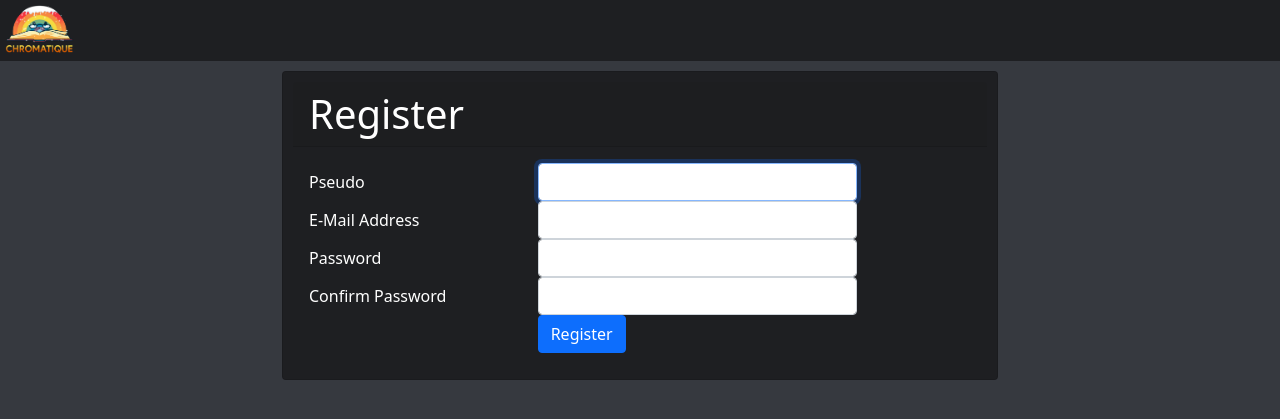
Repository: Codesieg/Chromatique
Page: http://localhost/register
An editor plug-in stored every save of this project. The page is shown before and after the next save, followed by the edit.
The browser window is 1280 px wide. The pictures show the whole page.
Some icons come from a web library that is not loaded, so they are not drawn. The page is served by the project's Laravel application, run on PHP 8.4 with Laravel 8. Other server files are loaded and not shown.

Above is the page before, as saved 2021-07-02 13:42:51.

### chromatique/routes/web.php
<?php


use Illuminate\Support\Facades\Auth;
use Illuminate\Support\Facades\Route;
use App\Http\Controllers\PagesController;
use App\Http\Controllers\TomesController;
use App\Http\Controllers\MangasController;
use App\Http\Controllers\AdminTomesController;
use App\Http\Controllers\AdminMangasController;

/*
|--------------------------------------------------------------------------
| Web Routes
|--------------------------------------------------------------------------
|
| Here is where you can register web routes for your application. These
| routes are loaded by the RouteServiceProvider within a group which
| contains the "web" middleware group. Now create something great!
|
*/
//-------------- Route front ----------------
// Route::get('/', [MangasController::class,'browse'])->name('browse_mangas');

Route::get(
    '/',
    [MangasController::class, 'browse']
)->name('browse_mangas');

Route::get(
    '/tome/{id}',
    [TomesController::class,'browse']
)->name('browse_tomes');

Route::get(
    '/tome/page/{id}',
    [PagesController::class,'read']
)->name('browse_pages');

//-------------- Route back manga ----------------

Route::get(
    '/admin',
    [AdminMangasController::class, 'browse']
)->name('admin_browse_mangas');

Route::get(
    '/admin/add/manga',
    [AdminMangasController::class, 'form']
)->name('admin_form_manga');

Route::post(
    '/admin/add/manga',
    [AdminMangasController::class, 'add']
)->name('admin_add_manga');

Route::delete(
    '/admin/delete/{id}',
    [AdminMangasController::class, 'delete']
)->name('admin_delete_manga');

//-------------- Route back tome ----------------

// On récupère l'id du manga sur cette route et on affiche le formulaire d'ajout d'un tome par rapport à ça franchise
Route::get(
    '/admin/add/tome/{id}',
    [AdminTomesController::class, 'form']
)->name('admin_form_tome');

// On ajoute un tome
Route::post(
    '/admin/add/tome',
    [AdminTomesController::class, 'add']
)->name('admin_add_tome');

// On liste tous les tomes de tous les mangas
Route::get(
    '/admin/tome/',
    [AdminTomesController::class, 'browse']
)->name('admin_browse_tomes');

// On liste tous les tomes d'un manga
Route::get(
    '/admin/tome/{id}',
    [AdminTomesController::class, 'read']
)->name('admin_read_tome');

// Permet de supprimer un tome
Route::delete(
    '/admin/delete/tome/{id}',
    [AdminTomesController::class, 'delete']
)->name('admin_delete_tome');

Auth::routes();

Route::get(
        '/home',
        [HomeController::class, 'index']
)->name('home');

### chromatique/app/Http/Controllers/Auth/ConfirmPasswordController.php
<?php

namespace App\Http\Controllers\Auth;

use App\Http\Controllers\Controller;
use App\Providers\RouteServiceProvider;
use Illuminate\Foundation\Auth\ConfirmsPasswords;

class ConfirmPasswordController extends Controller
{
    /*
    |--------------------------------------------------------------------------
    | Confirm Password Controller
    |--------------------------------------------------------------------------
    |
    | This controller is responsible for handling password confirmations and
    | uses a simple trait to include the behavior. You're free to explore
    | this trait and override any functions that require customization.
    |
    */

    use ConfirmsPasswords;

    /**
     * Where to redirect users when the intended url fails.
     *
     * @var string
     */
    protected $redirectTo = RouteServiceProvider::LOGIN;

    /**
     * Create a new controller instance.
     *
     * @return void
     */
    public function __construct()
    {
        $this->middleware('auth');
    }
}

### chromatique/resources/views/auth/register.blade.php
@extends('layout')

@section('contenu')
<div class="container">
    <div class="row justify-content-center">
        <div class="col-md-8">
            <div class="card">
                <h1 class="card-header white">{{ __('Register') }}</h1>

                <div class="card-body">
                    <form method="POST" action="{{ route('register') }}">
                        @csrf

                        <div class="form-group row">
                            <label for="name" class="col-md-4 col-form-label text-md-right white">{{ __('Pseudo') }}</label>

                            <div class="col-md-6">
                                <input id="name" type="text" class="form-control @error('name') is-invalid @enderror" name="name" value="{{ old('name') }}" required autocomplete="name" autofocus>

                                @error('name')
                                    <span class="invalid-feedback" role="alert">
                                        <strong>{{ $message }}</strong>
                                    </span>
                                @enderror
                            </div>
                        </div>

                        <div class="form-group row">
                            <label for="email" class="col-md-4 col-form-label text-md-right white">{{ __('E-Mail Address') }}</label>

                            <div class="col-md-6">
                                <input id="email" type="email" class="form-control @error('email') is-invalid @enderror" name="email" value="{{ old('email') }}" required autocomplete="email">

                                @error('email')
                                    <span class="invalid-feedback" role="alert">
                                        <strong>{{ $message }}</strong>
                                    </span>
                                @enderror
                            </div>
                        </div>

                        <div class="form-group row">
                            <label for="password" class="col-md-4 col-form-label text-md-right white">{{ __('Password') }}</label>

                            <div class="col-md-6">
                                <input id="password" type="password" class="form-control @error('password') is-invalid @enderror" name="password" required autocomplete="new-password">

                                @error('password')
                                    <span class="invalid-feedback" role="alert">
                                        <strong>{{ $message }}</strong>
                                    </span>
                                @enderror
                            </div>
                        </div>

                        <div class="form-group row">
                            <label for="password-confirm" class="col-md-4 col-form-label text-md-right white">{{ __('Confirm Password') }}</label>

                            <div class="col-md-6">
                                <input id="password-confirm" type="password" class="form-control" name="password_confirmation" required autocomplete="new-password">
                            </div>
                        </div>

                        <div class="form-group row mb-0">
                            <div class="col-md-6 offset-md-4">
                                <button type="submit" class="btn btn-primary">
                                    {{ __('Register') }}
                                </button>
                            </div>
                        </div>
                    </form>
                </div>
            </div>
        </div>
    </div>
</div>
@endsection

### chromatique/resources/views/layout.blade.php
<!DOCTYPE html>
<html lang="fr">

<head>
    <meta charset="UTF-8">
    <meta http-equiv="X-UA-Compatible" content="IE=edge">
    <meta name="viewport" content="width=device-width, initial-scale=1.0">
    <title>Chromatique</title>
    <link rel="stylesheet" href="https://maxst.icons8.com/vue-static/landings/line-awesome/line-awesome/1.3.0/css/line-awesome.min.css">
    <link rel="stylesheet" href="<?= asset('assets/css/reset.css') ?>">
    <link href="https://cdn.jsdelivr.net/npm/bootstrap@5.0.0-beta3/dist/css/bootstrap.min.css" rel="stylesheet" integrity="sha384-eOJMYsd53ii+scO/bJGFsiCZc+5NDVN2yr8+0RDqr0Ql0h+rP48ckxlpbzKgwra6" crossorigin="anonymous">

    <link rel="stylesheet" href="<?= asset('assets/css/style.css') ?>">
</head>

<header>
    <div class="infos-menu">
        <div class="wrapper-menu">
            <img class="logo" src="<?= asset('assets/img/logo.png') ?>" alt="">
            <a href="{{route('browse_mangas')}}"><i class="las la-3x la-home white"></i></a>
            <a href="{{route('admin_browse_mangas')}}"><i class="las la-3x la-user-shield white"></i></a>
            <a href="https://discord.gg/3HH8Usj"><i class="lab la-3x la-discord white"></i></a>
            <a href="#"><i class="lab la-3x la-telegram white"></i></a>
            <a href="#"><i class="las la-3x la-info-circle white"></i></a>
        </div>
    </div>
</header>
<body>
    <!-- wrap -->
    @include('layouts/flash-message')
    <div class="wrapper">

    @yield('contenu')
    </div>


</body>
<script src="https://cdn.jsdelivr.net/npm/bootstrap@5.0.0-beta3/dist/js/bootstrap.bundle.min.js" integrity="sha384-JEW9xMcG8R+pH31jmWH6WWP0WintQrMb4s7ZOdauHnUtxwoG2vI5DkLtS3qm9Ekf" crossorigin="anonymous"></script>
</html>

### chromatique/resources/views/layouts/flash-message.blade.php
@if ($message = Session::get('success'))
<div class="alert alert-success alert-block ">
        <strong>{{ $message }}</strong>
</div>
@endif


@if ($message = Session::get('error'))
<div class="alert alert-danger alert-block ">
        <strong>{{ $message }}</strong>
</div>
@endif


@if ($message = Session::get('warning'))
<div class="alert alert-warning alert-block">
	<strong>{{ $message }}</strong>
</div>
@endif


@if ($message = Session::get('info'))
<div class="alert alert-info alert-block ">
	<strong>{{ $message }}</strong>
</div>
@endif


@if ($errors->any())
<div class="alert alert-danger ">
    Please check the form below for errors
</div>
@endif

### chromatique/public/assets/css/reset.css
/* http://meyerweb.com/eric/tools/css/reset/
   v2.0 | 20110126
   License: none (public domain)
*/

html,
body,
div,
span,
applet,
object,
iframe,
h1,
h2,
h3,
h4,
h5,
h6,
p,
blockquote,
pre,
a,
abbr,
acronym,
address,
big,
cite,
code,
del,
dfn,
em,
img,
ins,
kbd,
q,
s,
samp,
small,
strike,
strong,
sub,
sup,
tt,
var,
b,
u,
i,
center,
dl,
dt,
dd,
ol,
ul,
li,
fieldset,
form,
label,
legend,
table,
caption,
tbody,
tfoot,
thead,
tr,
th,
td,
article,
aside,
canvas,
details,
embed,
figure,
figcaption,
footer,
header,
hgroup,
menu,
nav,
output,
ruby,
section,
summary,
time,
mark,
audio,
video {
    margin: 0;
    padding: 0;
    border: 0;
    font-size: 100%;
    font: inherit;
    vertical-align: baseline;
}

a {
    text-decoration: none;
}


/* HTML5 display-role reset for older browsers */

article,
aside,
details,
figcaption,
figure,
footer,
header,
hgroup,
menu,
nav,
section {
    display: block;
}

body {
    line-height: 1;
}

ol,
ul {
    list-style: none;
}

blockquote,
q {
    quotes: none;
}

blockquote:before,
blockquote:after,
q:before,
q:after {
    content: '';
    content: none;
}

table {
    border-collapse: collapse;
    border-spacing: 0;
}

### chromatique/public/assets/css/style.css
body {
    margin: 0;
    background-color: #36393F;
}

.logo {
    margin: 5px 5px 5px 5px;
    width: 10%;
}

.logo__left {
    width: 50px
}

.infos-menu {
    display: flex;
    align-items: center;
    justify-content: space-between;
    background-color: #1e1f22;
    position: sticky;
}

.infos-menu i {
    margin-left: 2px;
}

.wrapper-menu {
    display: flex;
    align-items: center;
}

.la-user-shield {
    margin: 0 10px 0 0;
}

.search {
    position: relative;
    margin: 10px 0 0 0;
    float: left;
    top: 50px;
    right: 50px;
}

.field {
    border: 0 !important;
    width: 100% !important;
    height: 100% !important;
    padding: 10px 20px !important;
    background: white !important;
    border-radius: 3px !important;
    box-shadow: 0px 8px 15px rgba(75, 72, 72, 0.1) !important;
    -webkit-transition: all 0.4s ease !important;
    transition: all 0.4s ease !important;
}

.login {
    display: flex;
    align-items: center;
    margin: 0 20px 0 0px;
}

.login a {
    margin: 0 5px 0 5px;
    text-decoration: none;
    font-size: 1.5em;
    color: #fff;
    padding: 5px 5px 5px 5px;
}

.dropdown-login {
    position: relative;
    display: inline-block;
    margin: 0 0 0 50px;
}

.dropdown-login:hover .dropdown-content {
    display: flex;
    flex-direction: column;
}

.dropdown-content {
    display: none;
    position: absolute;
    background-color: #1e1f22;
    min-width: 260px;
    top: 85%;
    right: 5%;
    box-shadow: 0px 8px 16px 0px rgba(0, 0, 0, 0.2);
    padding: 30px 8px 16px 8px;
    z-index: 1;
}

.white {
    color: #ffff;
    text-decoration: none;
}

p {
    color: white;
}

.title {
    font-size: 1.5em;
    padding: 10px 10px 10px 0;
    border-bottom: solid #DCDDDE 1px;
}

.synopsis {
    text-align: left !important;
}

.main {
    width: 80%;
    margin: 20px auto;
    display: flex;
    justify-content: center;
}

.content {
    display: flex;
    flex-direction: column;
}

.hot {
    border-bottom: solid #DCDDDE 1px;
    color: #DCDDDE;
    font-size: 1.8em;
    padding: 0 0 5px 0;
}

.cards {
    display: flex;
    justify-content: center;
    align-self: center;
    flex-wrap: wrap;
    width: 60%;
}

.card {
    background-color: #1e1f22;
    margin: 10px;
    padding: 10px;
    display: flex;
    flex-direction: column;
    overflow: hidden;
}

.card p {
    text-align: center;
    margin: 7px 0 0 0;
}

.stats {
    display: flex;
    margin: 10px 0 10px 0;
}

.views {
    display: flex;
}

.resume {
    width: 75%;
    margin: 5px 0 0 0;
    font-size: 1.2em;
    font-family: 'Lucida Sans', 'Lucida Sans Regular', 'Lucida Grande', 'Lucida Sans Unicode', Geneva, Verdana, sans-serif;
}

.cover {
    width: 290px;
    height: 450px;
    display: flex;
    align-self: center;
    transition: 0.5s;
}

.cover:hover {
    transform: scale(1.5);
}


/* .main-cover {
    position: relative;
    float: right;
    top: 50px;
    left: 100px;
} */

.main-text {
    position: absolute;
    left: 0;
    bottom: 0;
    z-index: 1;
    width: 100%;
    height: 50%;
    background-image: linear-gradient( to bottom, transparent, rgba(0, 0, 0, 0.84) 85%, #000);
    padding: 64px 15px 0 15px;
    border-radius: 3px;
}

.main-text--bottom {
    height: 30%;
}


/*  Détails page admin */

.manga-thumb {
    width: 20%;
}


/*  Zoom des pages */

.zoom {
    margin: 1%;
    padding: 0.3em;
    width: 6%;
    background-color: #1e1f226e;
    border-radius: 20px;
    position: absolute;
    float: left;
    top: 850px;
    left: 0px;
    display: flex;
    justify-content: space-evenly;
    position: fixed;
}

.page {
    display: flex;
    flex-direction: column;
    justify-content: center;
}

.scale {
    width: 50%;
    margin: 1% auto;
}

.zoom-in,
.zoom-out {
    cursor: pointer;
}


/* Suppression des messages flash */

.flash-fade {
    opacity: 0;
    transition: opacity 5s;
}


/* Présentations des tomes */

.banner {
    opacity: 0.8;
    display: flex;
    justify-content: center;
    background-image: linear-gradient(to bottom, rgba(253, 250, 250, 0.199), rgba(8, 8, 8, 10.5)), url(../mangas/One_Piece/one_piece_banner.jpg);
    background-color: #DCDDDE;
    background-repeat: no-repeat;
    background-size: cover;
    width: 100%;
    height: 600px;
}

.details {
    display: flex;
    justify-content: center;
}

.details-main-cover {
    width: 250px;
    height: 350px;
    display: flex;
    align-self: center;
}

.details-manga-cover {
    border: 3px solid white;
    border-radius: 3px;
    position: relative;
    bottom: 60px;
    width: 240px
}

.details-infos {
    width: 40%;
}

Loaded but not shown: chromatique/app/Providers/AppServiceProvider.php (common file); chromatique/app/Http/Controllers/Controller.php (common file); chromatique/app/Http/Controllers/Auth/RegisterController.php (common file)

After the next save:
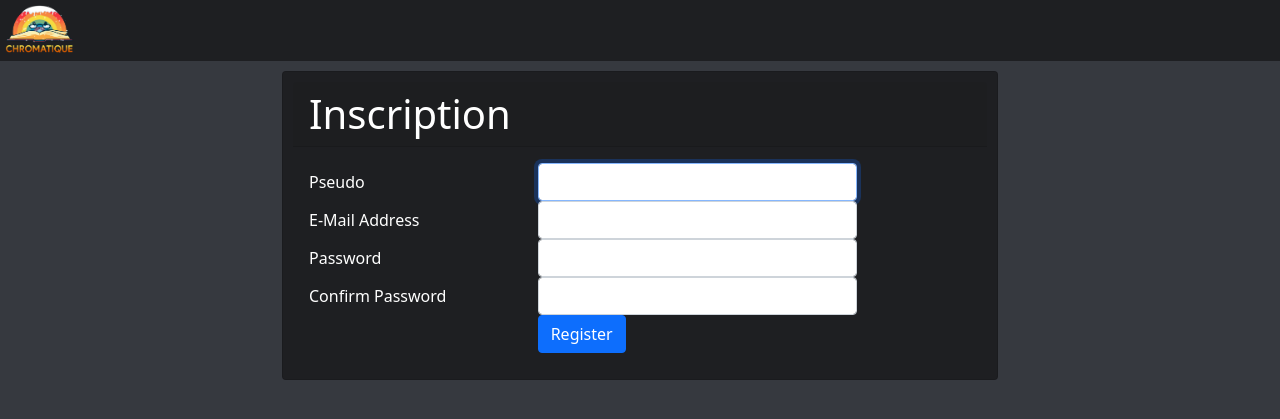
Saved 10 s later.
--- a/chromatique/resources/views/auth/register.blade.php
+++ b/chromatique/resources/views/auth/register.blade.php
@@ -5,7 +5,7 @@
     <div class="row justify-content-center">
         <div class="col-md-8">
             <div class="card">
-                <h1 class="card-header white">{{ __('Register') }}</h1>
+                <h1 class="card-header white">{{ __('Inscription') }}</h1>
 
                 <div class="card-body">
                     <form method="POST" action="{{ route('register') }}">
